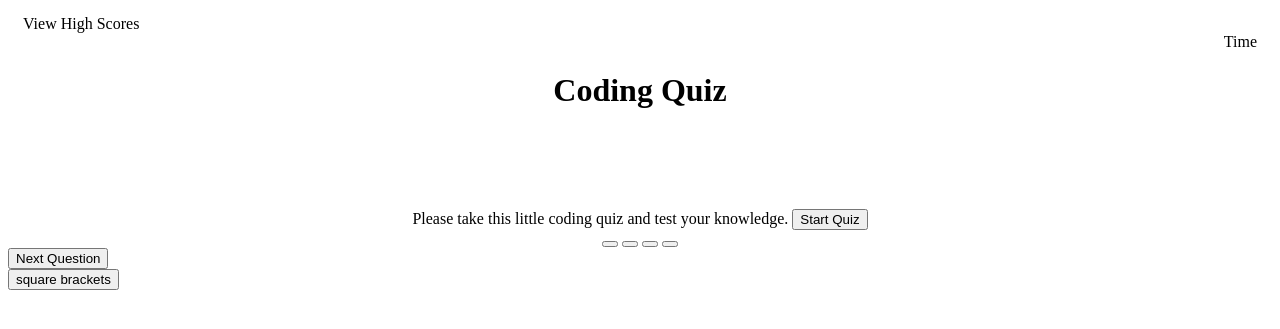
Repository: Naomilounsbury/code-quiz
Page: index.html
The author's editor kept a copy of each file at every save. The page is drawn from the files as they stood at one save, then again after the next save.
The browser window is 1280 px wide. The pictures show the whole page.
After loading, the first visible `button` was clicked once.

Above is the page before, as saved 2021-11-27 17:18:15.

After the next save:
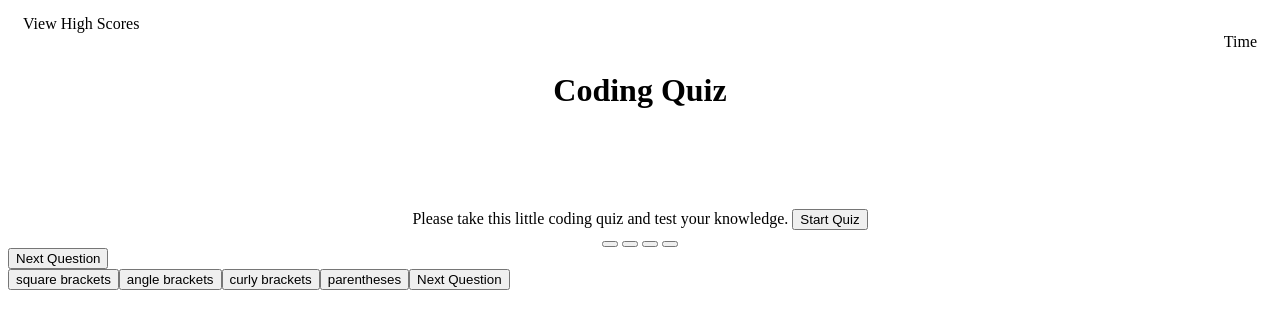
Saved 2 min 58 s later.
--- a/assets/js/script.js
+++ b/assets/js/script.js
@@ -1,7 +1,7 @@
 
 //I want to create an onclick function eventually
 //so I'm creating my function
-var onStartQuiz = function(){
+var onStartQuiz = function () {
     //when the quiz starts it grabs the first object in the array
     var currentQuestion = questions[0];
 
@@ -12,18 +12,27 @@ var onStartQuiz = function(){
     //I dont know why these arent working and I'm crying
     var btn = document.createElement("BUTTON");
     btn.innerHTML = currentQuestion.a
-     document.body.appendChild(btn);
-    // document.createElement("button");
-    // document.getElementById("a").textContent = currentQuestion.a
-    // document.createElement("button");
-    // document.getElementById("b").textContent = currentQuestion.b
-    // document.createElement("button")
-    // document.getElementById("c").textContent = currentQuestion.c
-    // document.createElement("button");
-    // document.getElementById("d").textContent = currentQuestion.d
-//create a separate onclick that changes the current question to something else
-//create a next question button that will go on to the next question and save your answer
-   console.log("hello")
+    document.body.appendChild(btn);
+
+    var btn = document.createElement("BUTTON");
+    btn.innerHTML = currentQuestion.b
+    document.body.appendChild(btn);
+
+    var btn = document.createElement("BUTTON");
+    btn.innerHTML = currentQuestion.c
+    document.body.appendChild(btn);
+
+    var btn = document.createElement("BUTTON");
+    btn.innerHTML = currentQuestion.d
+    document.body.appendChild(btn);
+
+    var btn = document.createElement("BUTTON");
+    btn.innerHTML = "Next Question"
+    document.body.appendChild(btn);
+
+    //create a separate onclick that changes the current question to something else
+    //create a next question button that will go on to the next question and save your answer
+    console.log("hello")
 }
 //making an array of questions
 var questions = [
